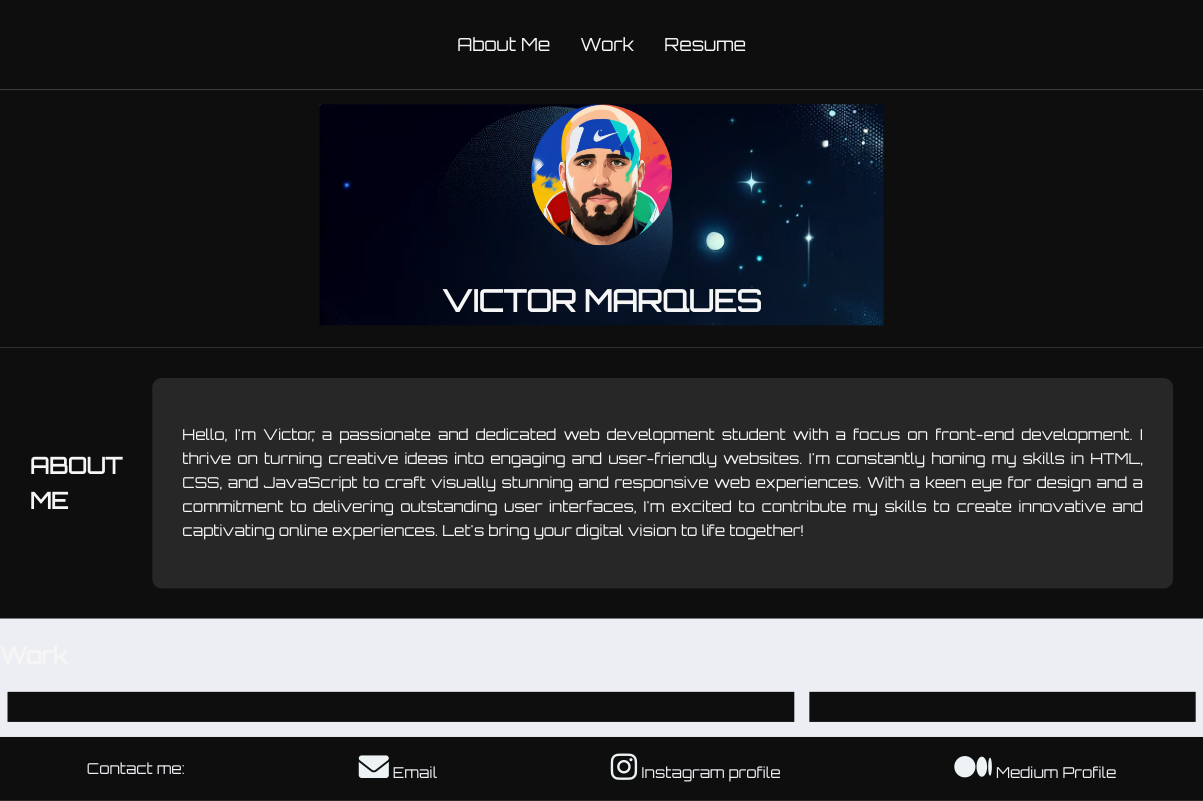
Repository: uvee35/Challenge2-Victor
Page: index.html
An editor plug-in stored every save of this project. The page is shown before and after the next save, followed by the edit.
The browser window is 1280 px wide. The pictures show the whole page, at 94% of full size.

Above is the page before, as saved 2023-12-11 22:36:48.

After the next save:
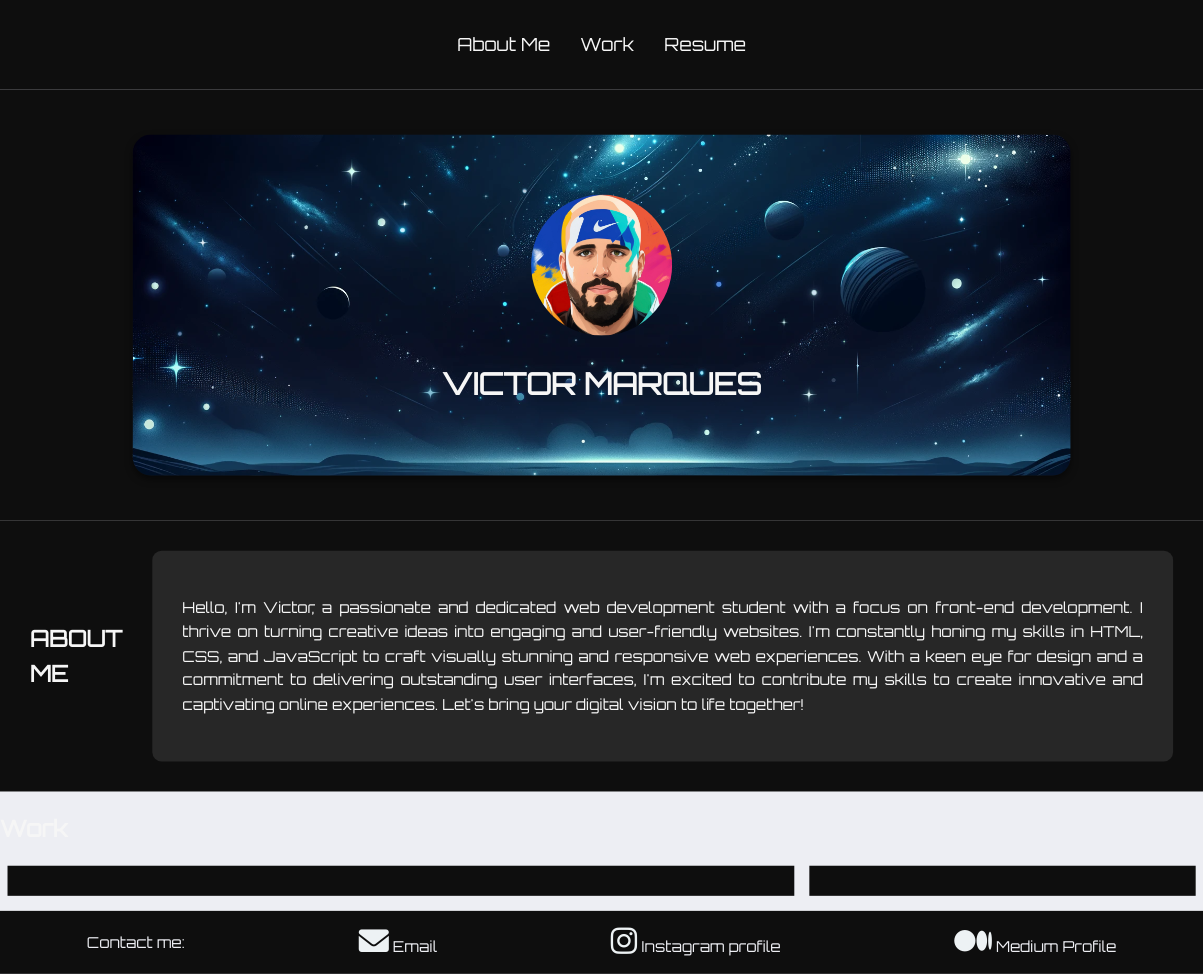
Saved 84 s later.
--- a/assets/style.css
+++ b/assets/style.css
@@ -63,6 +63,21 @@
   max-width: 600px; /* Adjust as needed */
   margin: auto; /* Center the content area if max-width is set */
   background-image: url(..//assets/background.png);
+  background-size: cover;
+  background-position: center;
+  padding: 4rem 0; /* Adjust the padding to resize the section */
+  text-align: center;
+  display: flex;
+  flex-direction: column; /* Stack children vertically */
+  align-items: center; /* Center-align children horizontally */
+  justify-content: center; /* Center-align children vertically */
+  border-radius: 20px; /* Add rounded corners */
+  margin: 2rem; /* Add some margin around the section */
+  box-shadow: 0 4px 8px rgba(0, 0, 0, 0.5); /* Optional: Add shadow for depth */
+  width: 80%; /* Adjust width to your liking */
+  max-width: 1200px; /* Optional: Set a max-width */
+  margin-left: auto; /* Margins auto for center alignment */
+  margin-right: auto;
 }
 
 
